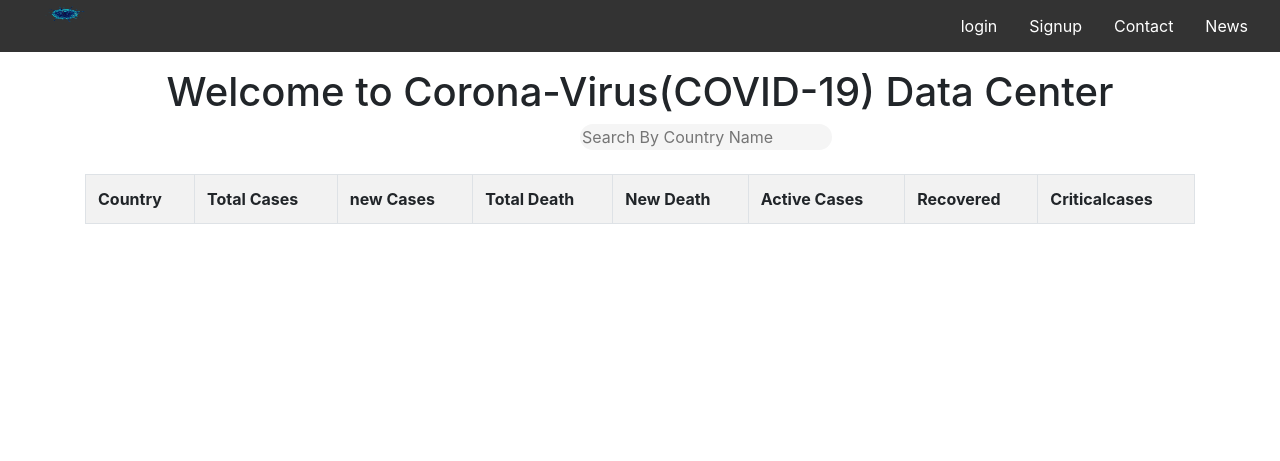
Repository: xthashankar/COVID-19-data-
Page: index.html
An editor plug-in stored every save of this project. The page is shown before and after the next save, followed by the edit.
The browser window is 1280 px wide. The pictures show the whole page.
The page's requests for data from a server got no answer.

Above is the page before, as saved 2020-04-09 15:48:10.

After the next save:
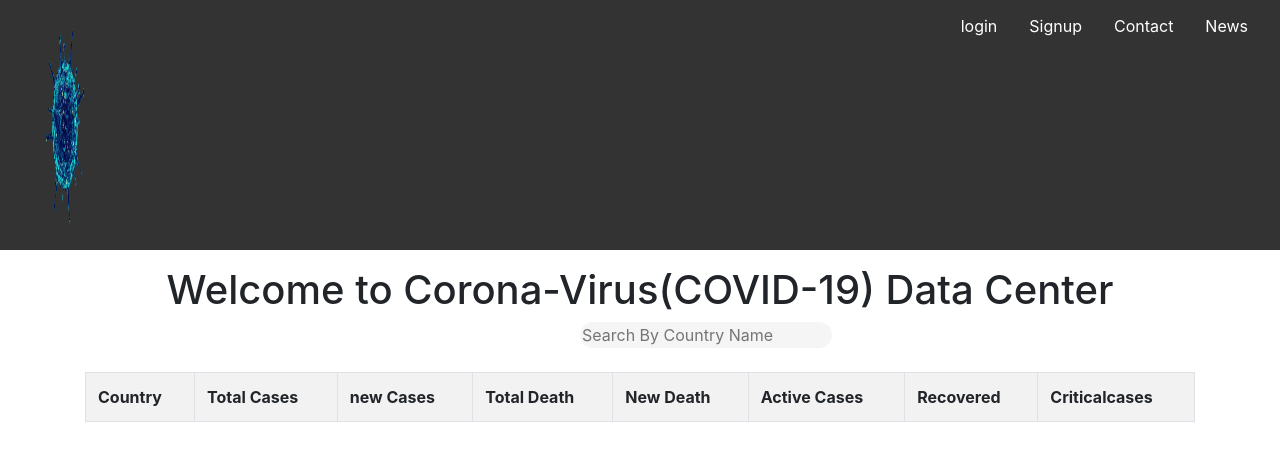
Saved 11 s later.
--- a/styles.css
+++ b/styles.css
@@ -32,5 +32,5 @@
 }
 img{
     width:50px;
-    height:20px;
+    height:250px;
 }

After the save that followed:
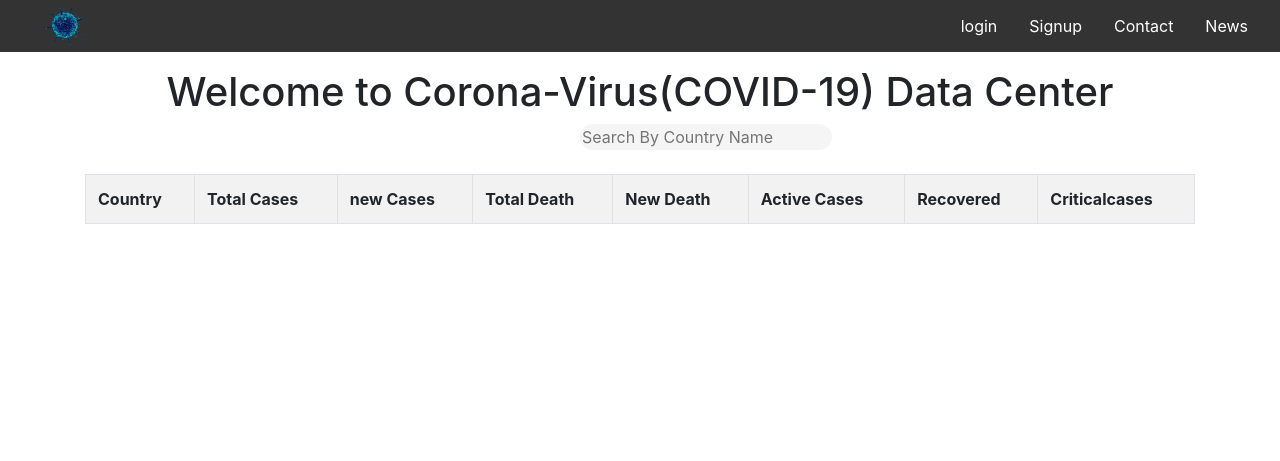
Saved 9 s later.
--- a/styles.css
+++ b/styles.css
@@ -32,5 +32,5 @@
 }
 img{
     width:50px;
-    height:250px;
+    height:50px;
 }
